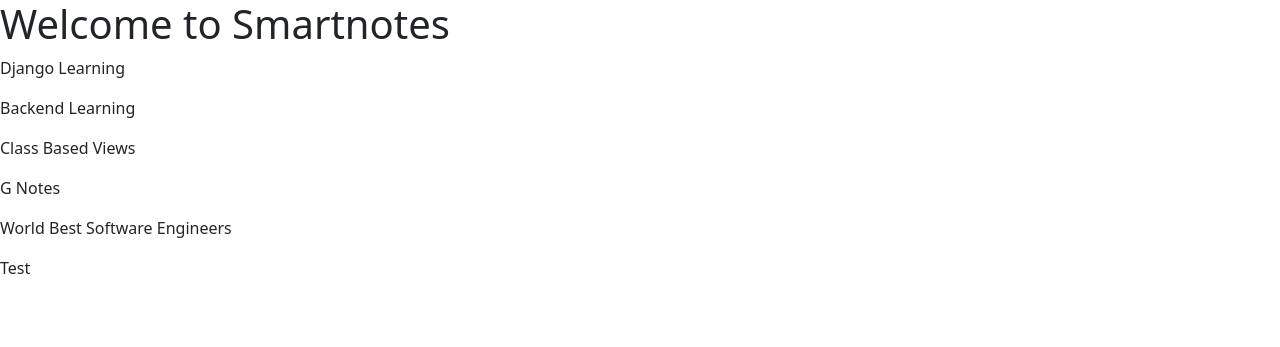
Repository: Mbote-Joseph/Django-Recap
Page: http://localhost/notes
These files come from the project's save history. The page is drawn as it stood at one moment and after the next save; the edit follows.
The browser window is 1280 px wide. The pictures show the whole page.
The page is served by the project's application, run on Django 5.2 (manage.py). The page reads the database file committed with the project.

Above is the page before, as saved 2025-12-13 14:41:00.

After the next save:
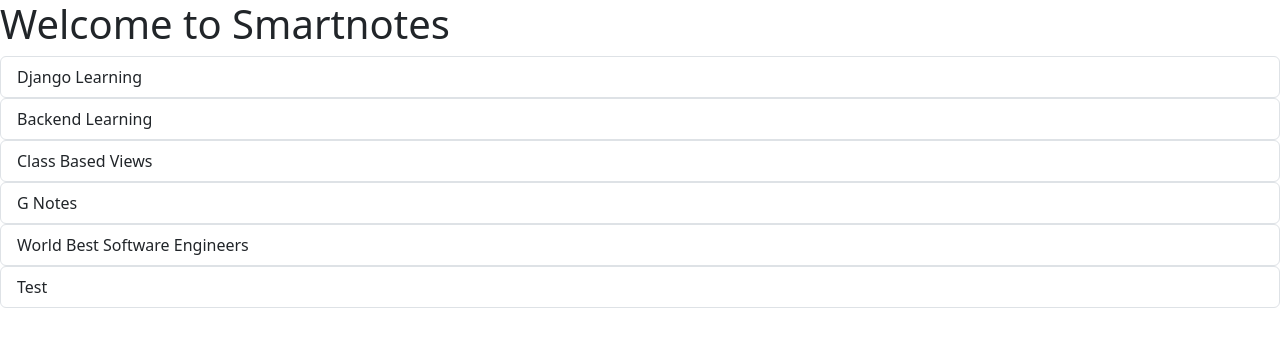
Saved 106 s later.
--- a/smartnotes/notes/templates/notes/notes_list.html
+++ b/smartnotes/notes/templates/notes/notes_list.html
@@ -4,8 +4,10 @@
 {% block content %}
         <h1>Welcome to Smartnotes</h1>
         {% for note in notes %}
-         <p class="note-list"> {{note.title}} </p>
+            <ul class="list-group">
+                <li class="list-group-item">{{note.title}} </li>
 
+            </ul>
         {% endfor %}
 
 {% endblock %}
